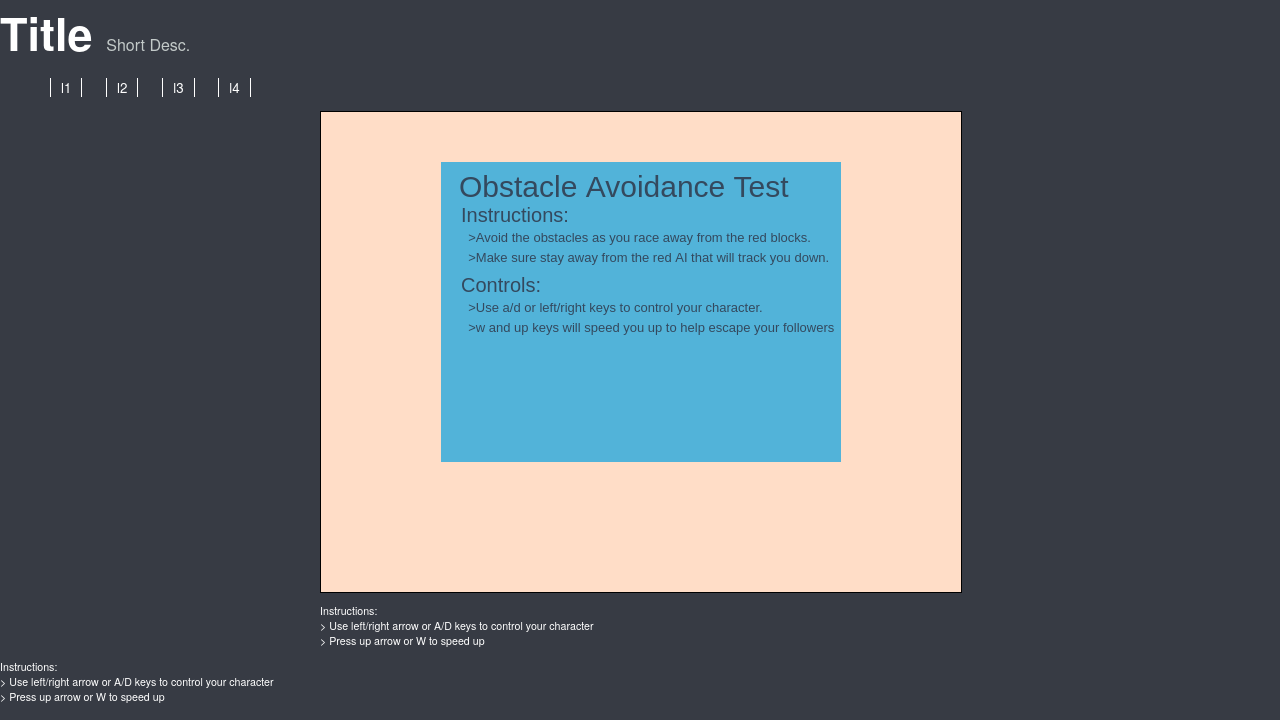
Repository: u1tralord/Avoidance-AI-Test
Page: client/index.html
The author's editor kept a record of every edit. The page is drawn from the files as they stood at one moment, then again after the next edit.
The browser window is 1280 px wide. The pictures show the whole page.
Some web libraries are served in a nearby version.

Above is the page before.
Console error: TypeError: Cannot read properties of undefined (reading 'webkit')

After the next edit:
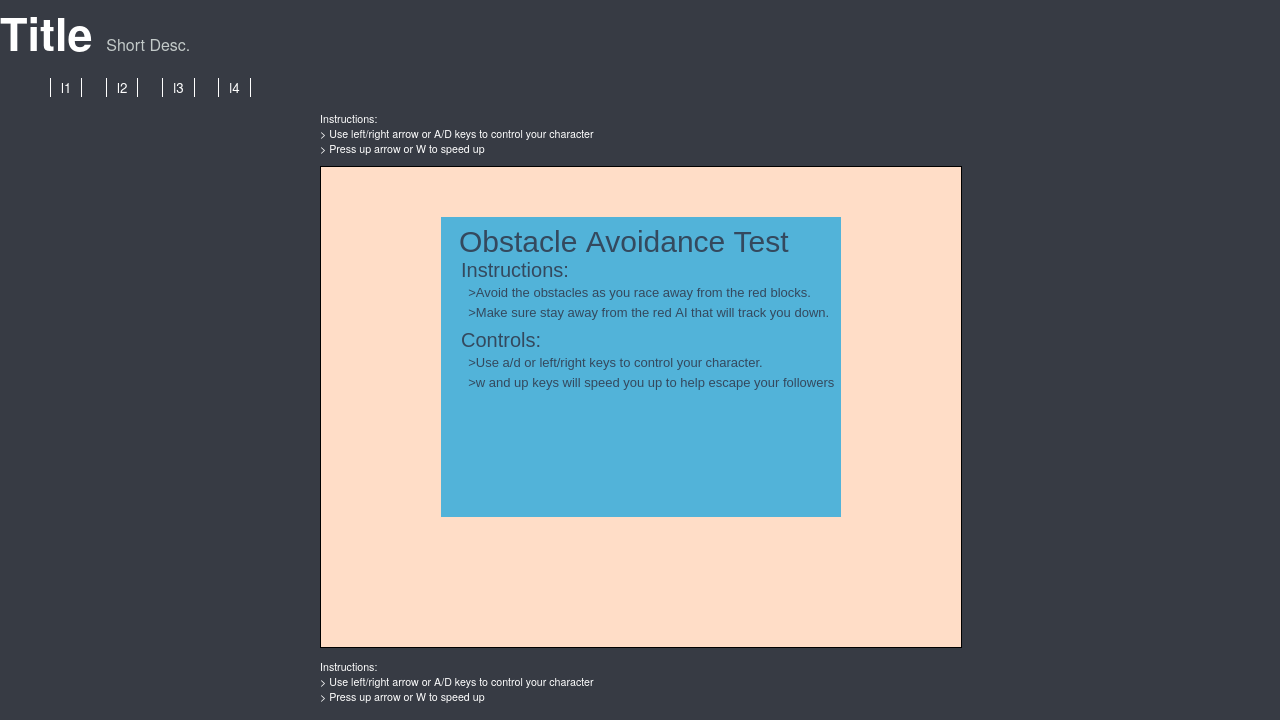
The edit:
--- a/client/index.html
+++ b/client/index.html
@@ -28,7 +28,7 @@
 		<content>
 			<section>
 				<div class="content">
-					<div id="game"></div>
+					<div id="game">
 					<p id = "instructions">Instructions:<br>
 					> Use left/right arrow or A/D keys to control your character <br>
 					> Press up arrow or W to speed up</p>
